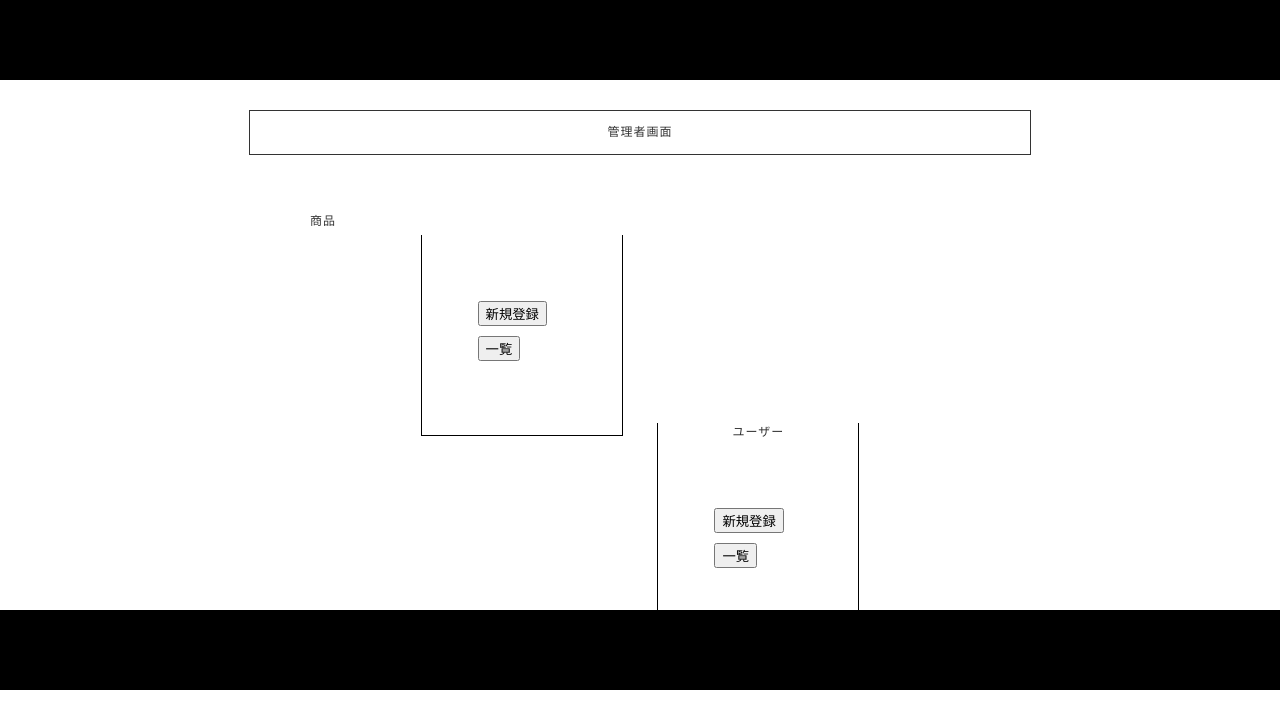
Repository: hiraide8/test
Page: http://localhost/ecsite/admin.jsp
The author's editor kept a copy of each file at every save. The page is drawn from the files as they stood at one save, then again after the next save.
The browser window is 1280 px wide. The pictures show the whole page.
The page is served by Tomcat 9. Other server files are loaded and not shown.

Above is the page before, as saved 2019-01-23 11:52:21.

### ecsite/WebContent/admin.jsp
<%@ page language="java" contentType="text/html; charset=UTF-8"
    pageEncoding="UTF-8"%>
<%@ taglib prefix="s" uri="/struts-tags" %>
<!DOCTYPE html PUBLIC "-//W3C//DTD HTML 4.01 Transitional//EN" "http://www.w3.org/TR/html4/loose.dtd">
<html>
<head>
       <meta http-equiv="Content-Type" content="text/html; charset=UTF-8">
       <meta http-equiv="Content-Style-Type" content="text/css"/>
       <meta http-equiv="Content-Script-Type" content="text/javascript"/>
       <meta http-equiv="imagetoolbar" content="no"/>
       <meta name="descripttion" content=""/>
       <meta name="keywords" content=""/>
       <title>管理者画面</title>
       <style type="text/css">
       /* ========TAG LAYOUT======== */
                body{
                  margin:0;
                  padding:0;
                  line-height:1.6;
                  letter-spacing:1px;
                  font-family:Verdana,Helvetica,sans-serif;
                  font-size:12px;
                  color:#333;
                  background:#fff;
                }
                table{
                  position:relative;
                  top:30px;
                  left:25px;
                }
       /* ========ID LAYOUT======== */
                #top{
                  width:780px;
                  margin:30px auto;
                  border:1px solid #333;
                }
                #header{
                  width:100%;
                  height:80px;
                  background-color:black;
                }
                #main{
                  width:100%;
                  height:500px;
                  text-align:center;
                }
                #footer{
                  width:100%;
                  height:80px;
                  background-color:black;
                  clear:both;
                }
       /* ========CLASS LAYOUT======== */
                .aaa{
                  margin:0 auto;
                  margin-left:15px;
                  margin-right:15px;
                  display:inline-block;
                  margin-top:50px;
                  width:200px;
                  height:200px;
                  border-right:1px solid black;
                  border-left:1px solid black;
                  border-bottom:1px solid black;
                }
                .bbb{
                  position:absolute;
                  top:200px;
                  left:310px;
                }
       </style>
</head>
<body>
       <div id="header">
               <div id="pr">
               </div>
       </div>
       <div id="main">
               <div id="top">
                       <p>管理者画面</p>
               </div>
               <div class="aaa">
               <p class="bbb">商品</p>
                       <table>
                       <tr>
                       <td>
                       <s:form action="ItemCreateAction">
                                  <s:submit value="新規登録"/>
                       </s:form>
                       </td>
                       </tr>
                       <tr>
                       <td>
                       <s:form action="ItemListAction">
                                  <s:submit value="一覧"/>
                       </s:form>
                       </td>
                       </tr>
                       </table>
               </div>
               <div class="aaa">
               ユーザー
                       <table>
                       <tr>
                       <td>
                       <s:form action="UserCreateAction">
                                  <s:submit value="新規登録"/>
                       </s:form>
                       </td>
                       </tr>
                       <tr>
                       <td>
                       <s:form action="UserListAction">
                                  <s:submit value="一覧"/>
                       </s:form>
                       </td>
                       </tr>
                       </table>
               </div>
       </div>
       <div id="footer">
               <div id="pr">
               </div>
       </div>
</body>
</html>

After the next save:
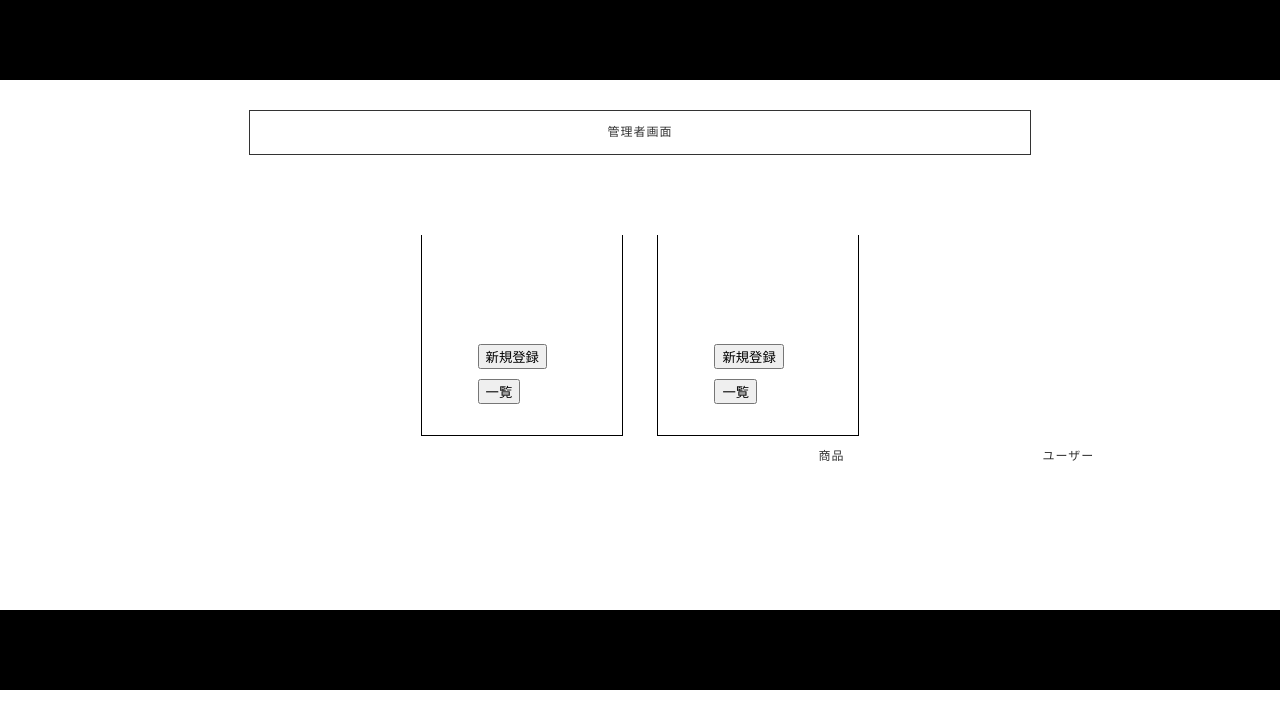
Saved 75 s later.
--- a/ecsite/WebContent/admin.jsp
+++ b/ecsite/WebContent/admin.jsp
@@ -64,7 +64,7 @@
                   border-bottom:1px solid black;
                 }
                 .bbb{
-                  position:absolute;
+                  position:relative;
                   top:200px;
                   left:310px;
                 }
@@ -99,7 +99,7 @@
                        </table>
                </div>
                <div class="aaa">
-               ユーザー
+               <p class="bbb">ユーザー</p>
                        <table>
                        <tr>
                        <td>
